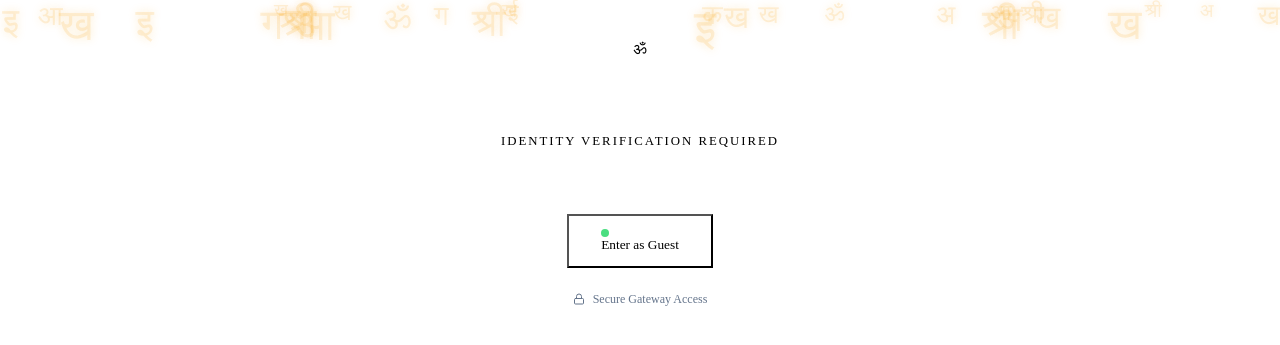
Repository: karthik768990/Project-Veda
Page: / (app in veda-frontend/)
An editor plug-in stored every save of this project. The page is shown before and after the next save, followed by the edit.
The browser window is 1280 px wide. The pictures show the whole page.
The project was rebuilt for these pictures with package versions that can differ from the ones it lists, and the page was loaded fresh each time. Also part of the build but not shown: veda-frontend/vite.config.js.

Above is the page before, as saved 2025-12-01 12:17:02.

After the next save:
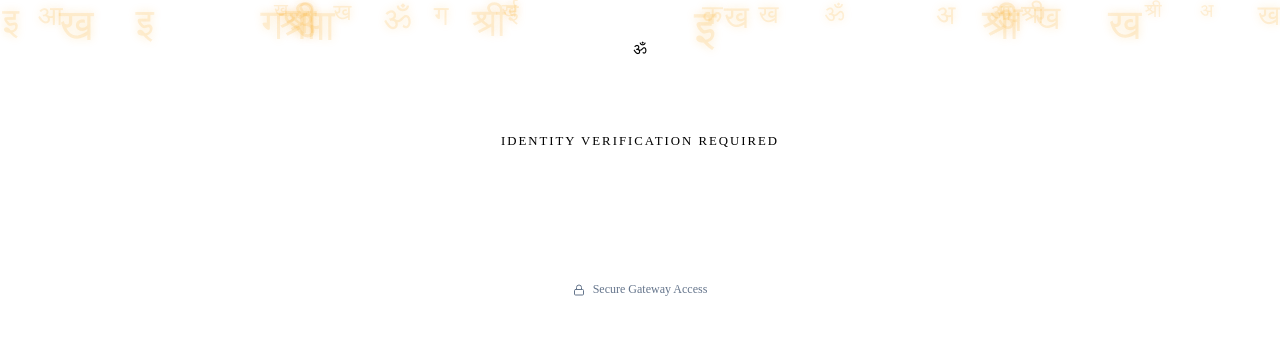
Saved 57 s later.
--- a/veda-frontend/src/App.jsx
+++ b/veda-frontend/src/App.jsx
@@ -8,7 +8,7 @@
 const API_BASE = "http://localhost:3000";
 // Replace this with your ID from Google Cloud Console.
 // If invalid/placeholder, the app will enable "Guest Mode" for you.
-const GOOGLE_CLIENT_ID = "YOUR_GOOGLE_CLIENT_ID_HERE";
+const GOOGLE_CLIENT_ID = "713483559597-f8tt5257alpri9ftb7hfrv2bu2tj5naq.apps.googleusercontent.com";
 
 // --- 1. AUTH COMPONENT ---
 const AuthGate = ({ onLogin }) => {
